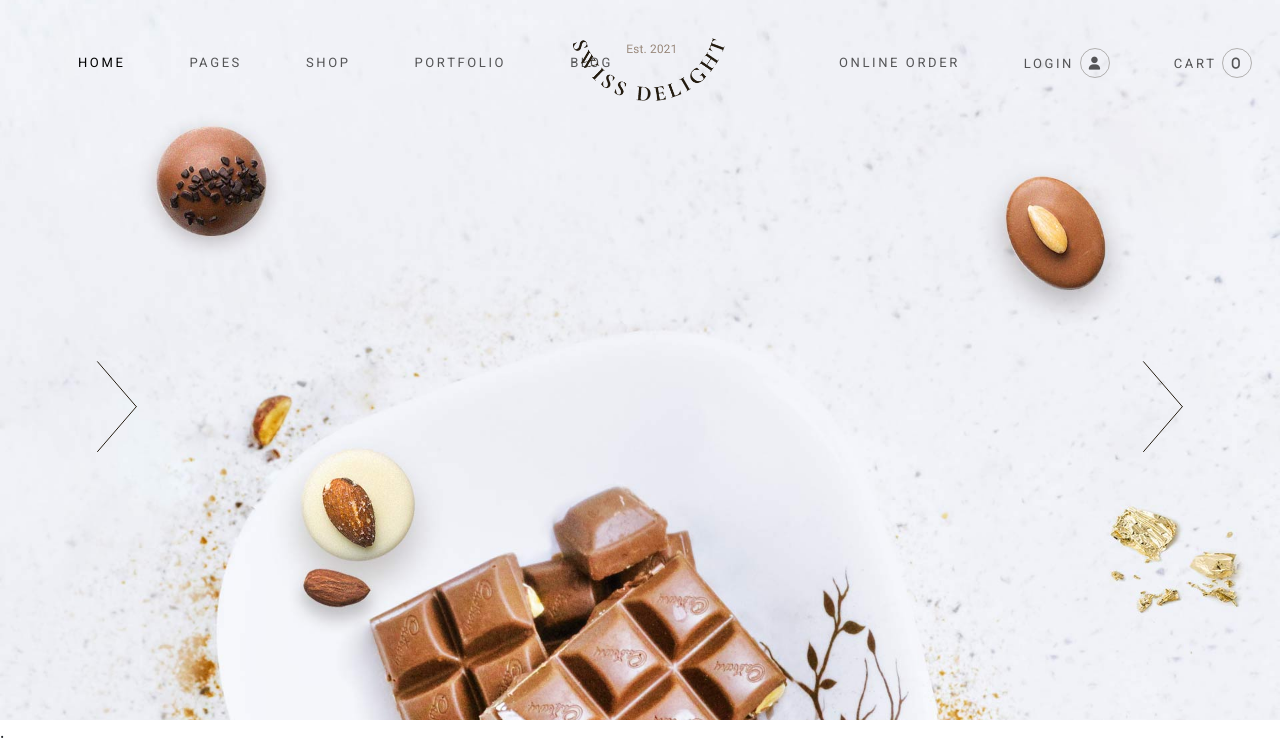
Repository: HadelAbdellatif/Project1
Page: index.html
These files come from the project's save history. The page is drawn as it stood at one moment and after a run of saves; the edit follows.
The browser window is 1280 px wide. The pictures show the whole page.

Above is the page before, as saved 2023-11-07 21:44:34.
Console error: TypeError: Cannot read properties of null (reading 'addEventListener')

After the next 5 saves:
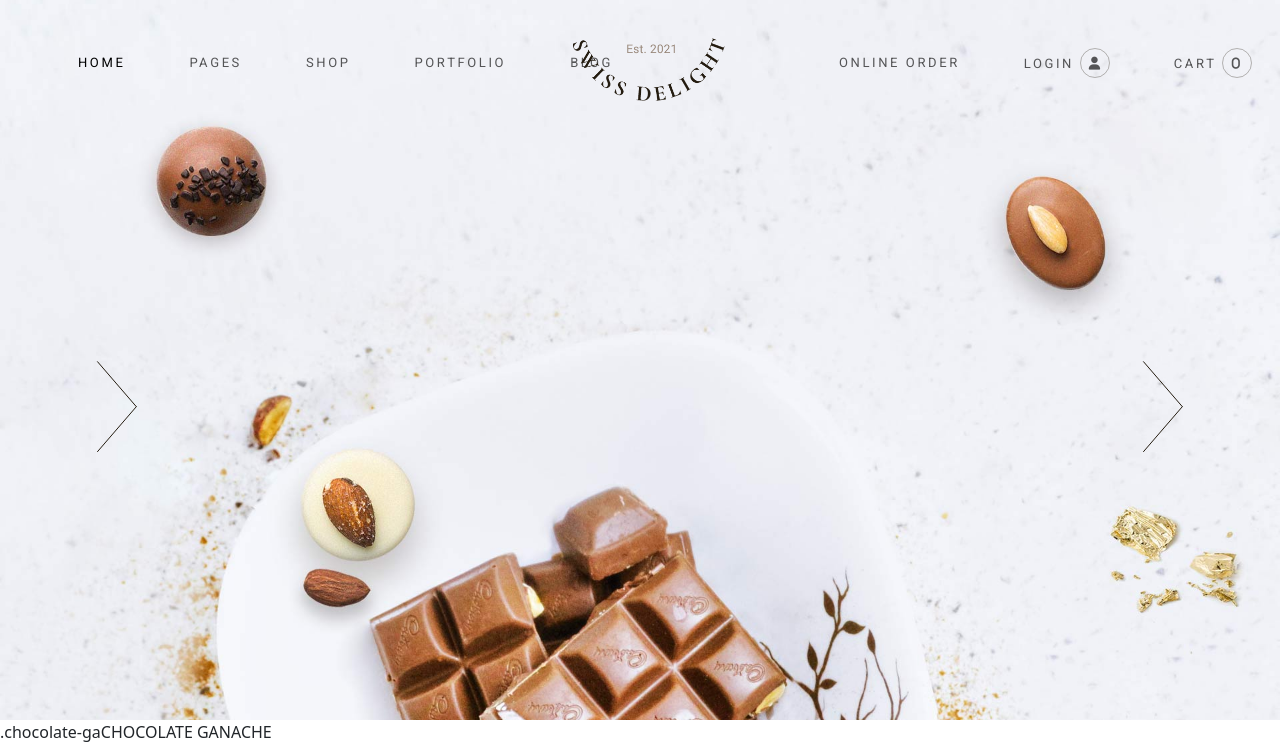
The 5 saves are shown as one change because they came seconds apart.
The last was saved 18 s later.
--- a/index.html
+++ b/index.html
@@ -131,7 +131,7 @@
 
   <!-- Start of Section 2 -->
 
-  .
+  .chocolate-gaCHOCOLATE GANACHE
 
   <!-- End of section 2 -->
 
